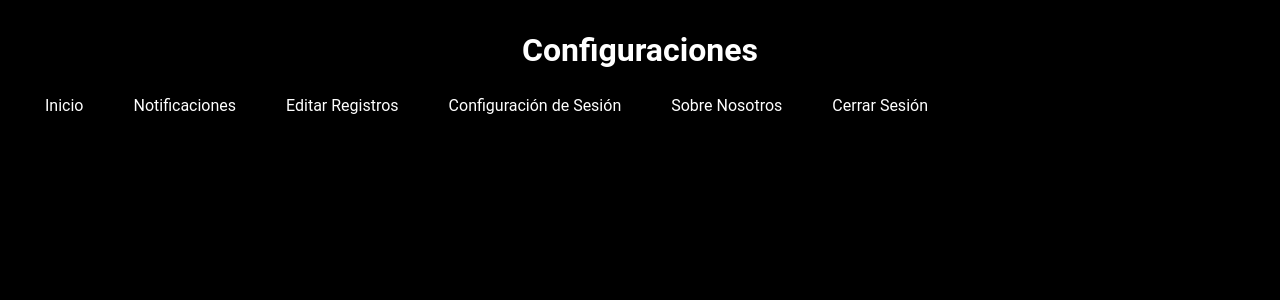
Repository: EddyWebz/updat
Page: privado/config.html
An editor plug-in stored every save of this project. The page is shown before and after the next save, followed by the edit.
The browser window is 1280 px wide. The pictures show the whole page.

Above is the page before, as saved 2024-09-15 13:54:08.

After the next save:
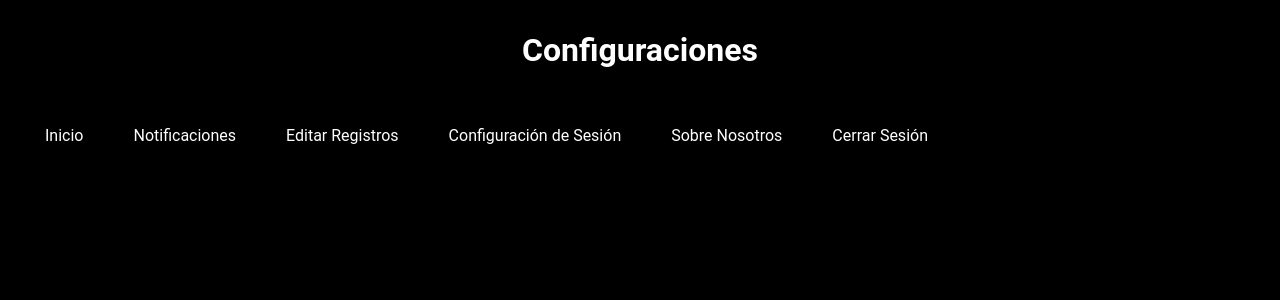
Saved 72 s later.
--- a/BASE-2/config.css
+++ b/BASE-2/config.css
@@ -35,7 +35,7 @@
     color: #ffffff;
     padding: 10px ; /* Ajustamos el padding para reducir el espacio */
     text-align: center;
-    margin-bottom: 10px ;
+    margin-bottom: 40px ;
 }
 
 /* Menú desplegable para móviles */

After the 2 saves that followed:
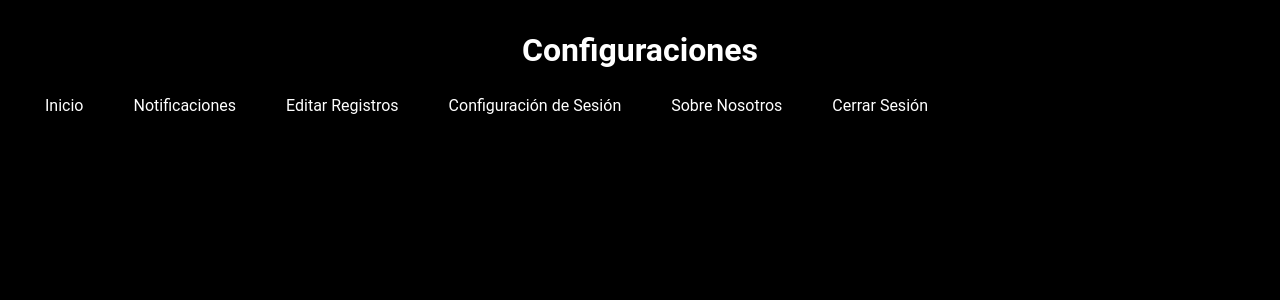
The 2 saves are shown as one change because 1 left the picture as it was.
The last was saved 102 s later.
--- a/BASE-2/config.css
+++ b/BASE-2/config.css
@@ -35,14 +35,14 @@
     color: #ffffff;
     padding: 10px ; /* Ajustamos el padding para reducir el espacio */
     text-align: center;
-    margin-bottom: 40px ;
+    margin-bottom: 10px ;
 }
 
 /* Menú desplegable para móviles */
 .dropdown-menu {
     position: relative;
     z-index: 900;
-    margin-top: -80px; /* Mover hacia arriba */
+    margin-top: -120px; /* Mover hacia arriba */
     margin-left: 20px; /* Añadir espacio a la izquierda */
 }
 
